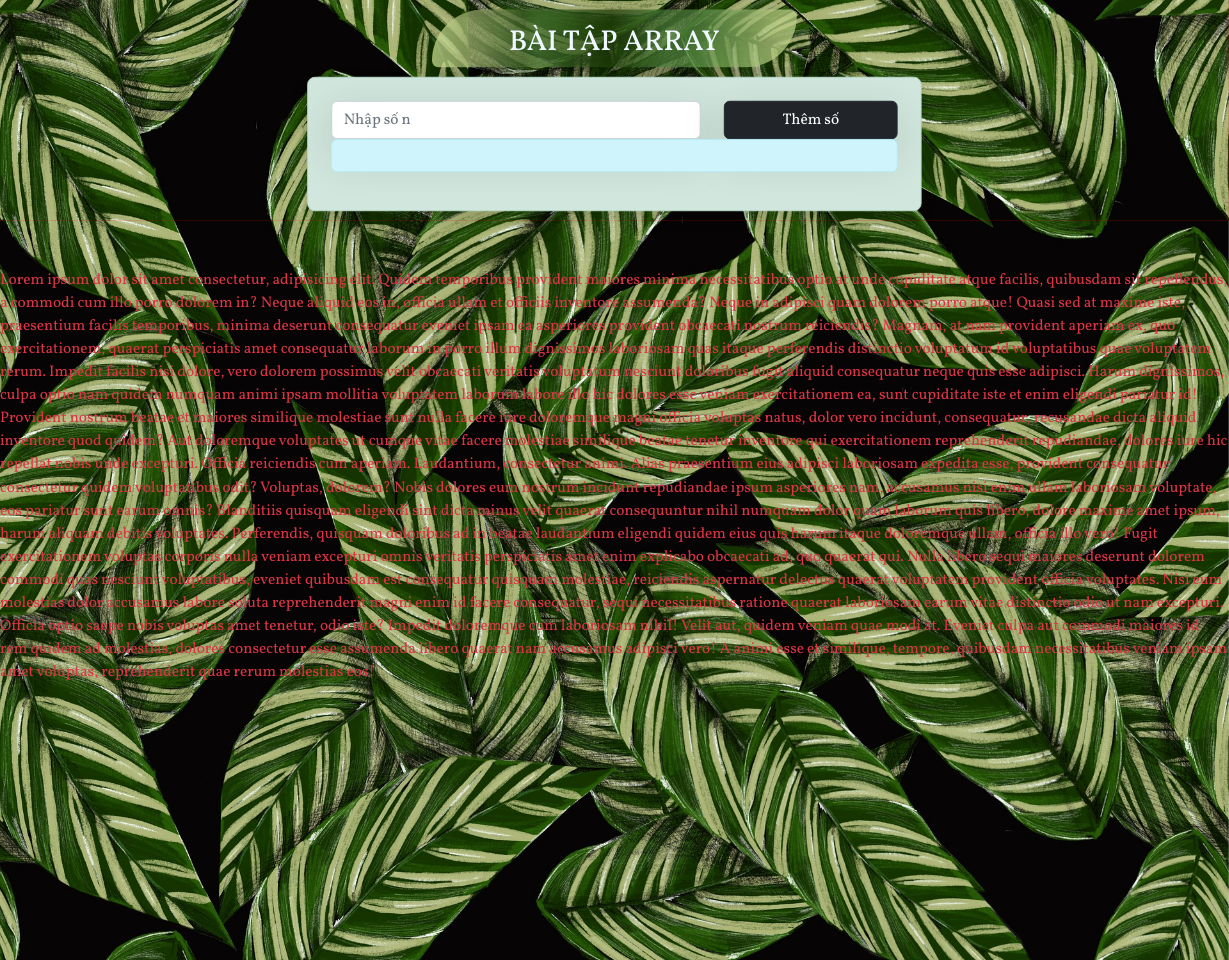
Repository: hcozyph/TranHuuPhuoc_BC43_BT_JS_Buoi7_8_ARRAY
Page: index.html
An editor plug-in stored every save of this project. The page is shown before and after the next save, followed by the edit.
The browser window is 1280 px wide. The pictures show the whole page, at 96% of full size.
Backgrounds fixed to the window are drawn as part of the page.

Above is the page before, as saved 2023-02-21 10:44:39.

After the next save:
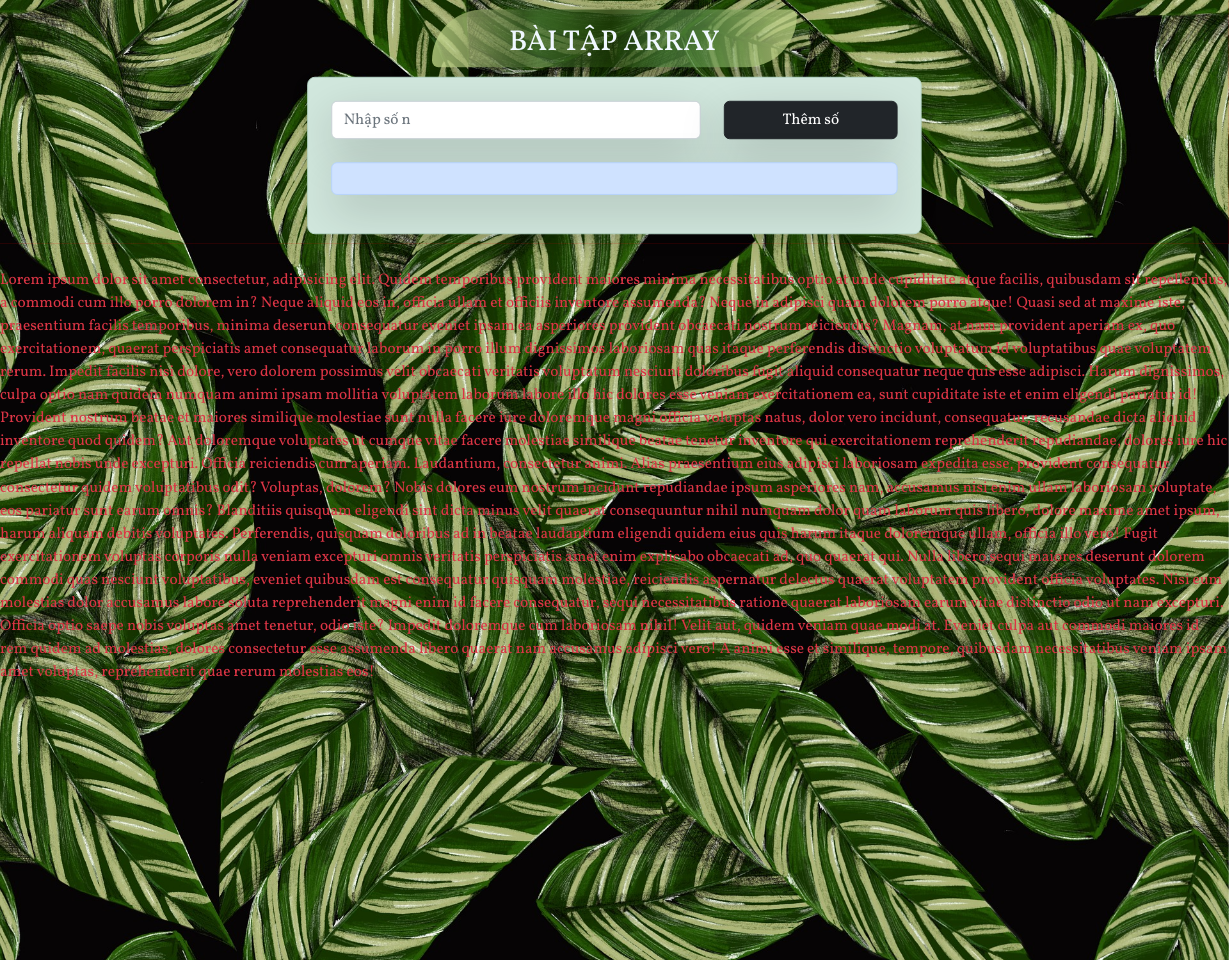
Saved 22 s later.
--- a/index.html
+++ b/index.html
@@ -66,14 +66,13 @@
                         </div>
                     </div>
 
-                    <div class="alert alert-info">
-                        <span id="user-array"></span>
+                    <div class="row mt-4">
+                        <div class="col">
+                            <div class="alert alert-primary shadow-lg">
+                                <span id="user-array"></span>
+                            </div>
+                        </div>
                     </div>
-                    <!-- <div class="row mt-4">
-                        <div class="col">
-
-                        </div>
-                    </div> -->
                 </div>
             </div>
 
